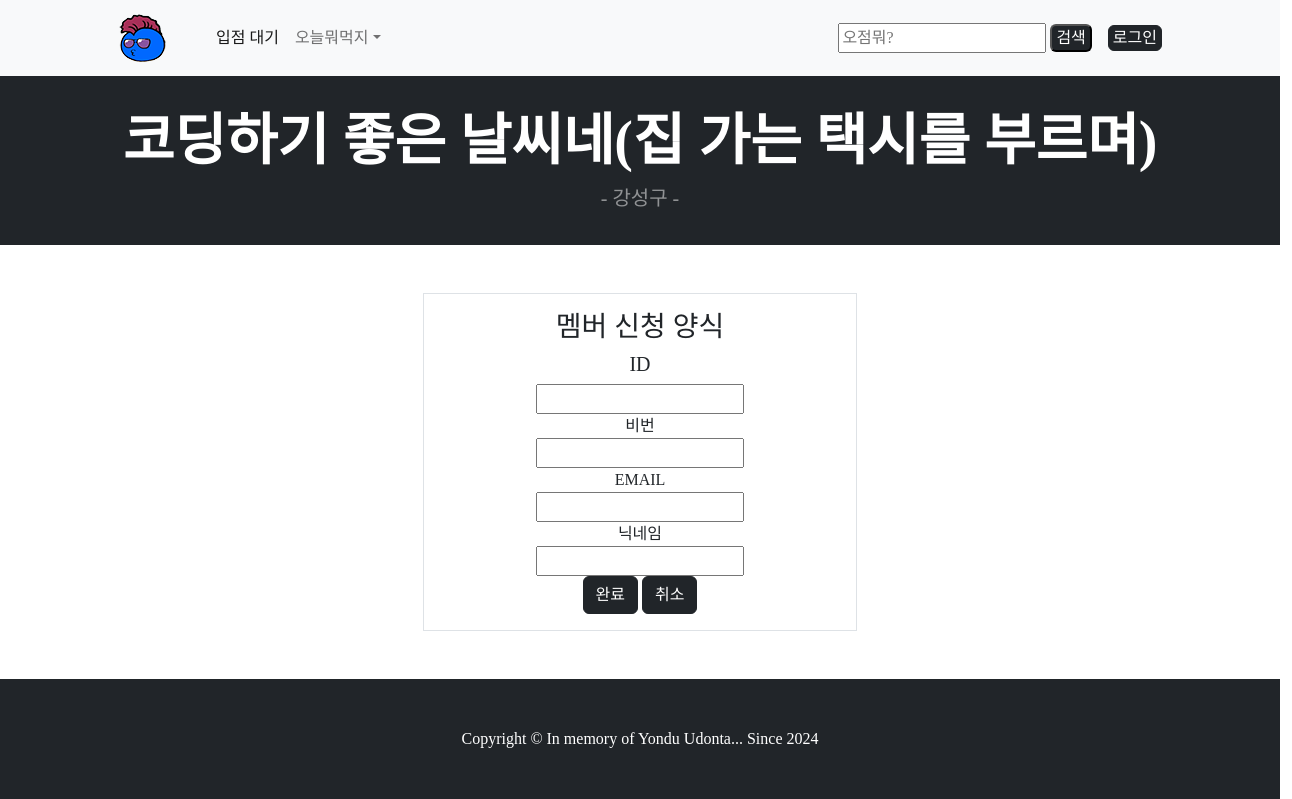
Repository: ashwan94/ydzone
Page: http://localhost/YonduZone/signUp
The author's editor kept a copy of each file at every save. The page is drawn from the files as they stood at one save, then again after the next save.
The browser window is 1280 px wide. The page is 1292 px wide, so the pictures cover 1292 px, including what lies to the right of the window. The pictures show the whole page.
Some web fonts or font styles are not loaded; a fallback is used. The page is served by Tomcat 9. Other server files are loaded and not shown.

Above is the page before, as saved 2024-05-01 11:42:42.

### YonduZone/src/main/webapp/WEB-INF/views/common/signUp.jsp
<%@ page language="java" contentType="text/html; charset=UTF-8"
	pageEncoding="UTF-8"%>
<jsp:include page="/WEB-INF/views/common/header.jsp">
	<jsp:param value="회원가입" name="title" />
	<jsp:param value="코딩하기 좋은 날씨네(집 가는 택시를 부르며)" name="center" />
	<jsp:param value="- 강성구 -" name="content" />
</jsp:include>

<div class="row my-5">
	<div class="col-4"></div>
	<div class="col-4 border py-3 text-center">
		<form action="/signUp" method="post" id="signUpForm">
		<h3>멤버 신청 양식</h3>
		<label>
			<h5>ID</h5>
			<input type="text" name="id">
		</label>
		<label>
			<div>비번</div>
			<input type="password" name="pw">
		</label>
		<label>
			<div>EMAIL</div>
			<input type="email" name="email">
		</label>
		<label>
			<div>닉네임</div>
			<input type="text" name="nickName">
		</label>
		<input type="hidden" value="${msg }" id="msg">
		<div class="text-center">
			<button type="submit" id="submitBtn" class="btn btn-dark">완료</button>
			<button type="button" id="backBtn" class="btn btn-dark">취소</button>
		</div>
		</form>
	</div>
	<div class="col-4"></div>
</div>

<script src="https://cdn.jsdelivr.net/npm/bootstrap@5.3.3/dist/js/bootstrap.bundle.min.js"></script>
<script src="/Bootstrap/js/scripts.js"></script>

<script>
	const msgEl = document.querySelector("#msg");
	if(msgEl.value != ""){
		alert(msgEl.value);
	}

	const submitBtn = document.querySelector("#submitBtn");
	const backBtn = document.querySelector("#backBtn");

	submitBtn.addEventListener("click", function(e) {
		e.preventDefault();

		const idEl = document.querySelector("[name='id']");
		const pwEl = document.querySelector("[name='pw']");
		const emailEl = document.querySelector("[name='email']");
		const nickNameEl = document.querySelector("[name='nickName']");

		if(idEl.value == "" || pwEl.value == "" || emailEl.value == "" || nickNameEl.value == "") {
			alert("누락된 정보가 있습니다.");
		}else{
			const form = document.querySelector("#signUpForm");
			form.submit();
		}
	})

	backBtn.addEventListener("click", function() {
		history.back();
	});
</script>
<jsp:include page="/WEB-INF/views/common/footer.jsp"/>

### YonduZone/src/main/webapp/WEB-INF/views/common/header.jsp
<%@ page language="java" contentType="text/html; charset=UTF-8"
	pageEncoding="UTF-8"%>
<%@ taglib prefix="c" uri="http://java.sun.com/jsp/jstl/core"%>
<!DOCTYPE html>
<html lang="en">
<head>
<meta charset="UTF-8">
<meta name="viewport"
	content="width=device-width, initial-scale=1, shrink-to-fit=no" />
<meta name="description" content="" />
<meta name="author" content="" />
<!-- Favicon-->
<link rel="icon" type="image/x-icon" href="assets/favicon.ico" />
<!-- Bootstrap icons-->
<link
	href="https://cdn.jsdelivr.net/npm/bootstrap-icons@1.5.0/font/bootstrap-icons.css"
	rel="stylesheet" />
<!-- Core theme CSS (includes Bootstrap)-->
<link href="/Bootstrap/css/styles.css" rel="stylesheet" />
<title>${param.title }</title>
<style>
	a{
		text-decoration:none;
		color:black;
	}
	a:hover{
		color:rgb(57, 151, 255);
	}

	@font-face {
    font-family: 'SUIT-Regular';
    src: url('https://cdn.jsdelivr.net/gh/projectnoonnu/noonfonts_suit@1.0/SUIT-Regular.woff2') format('woff2');
    font-weight: normal;
    font-style: normal;
	}

	* {
		font-family: 'SUIT-Regular';
	}
</style>

</head>
<body>
	<header>
		<nav class="navbar navbar-expand-lg navbar-light bg-light">
			<div class="container px-4 px-lg-5">
				<a class="navbar-brand" href="/main"><img src="${pageContext.request.contextPath }/Source/header/logo/main_logo.png" alt="Welcome to YouduZone!"></a>
				<button class="navbar-toggler" type="button" data-bs-toggle="collapse" data-bs-target="#navbarSupportedContent" aria-controls="navbarSupportedContent" aria-expanded="false" aria-label="Toggle navigation">
					<span class="navbar-toggler-icon"></span>
				</button>
				<div class="collapse navbar-collapse" id="navbarSupportedContent">
					<ul class="navbar-nav me-auto mb-2 mb-lg-0 ms-lg-4">
						<li class="nav-item">
							<a class="nav-link active" aria-current="page" href="/restaurant/stanby?userNo=${sessionScope.user.no }" data-value="${sessionScope.user.no }" id="stanbyRestaurant">입점 대기</a>
						</li>
						<li class="nav-item dropdown">
                            <a class="nav-link dropdown-toggle" id="navbarDropdown" href="#" role="button" data-bs-toggle="dropdown" aria-expanded="false">오늘뭐먹지</a>
                            <ul class="dropdown-menu text-center" aria-labelledby="navbarDropdown">
                                <li><a class="dropdown-item" href="/restaurant/category?category=밥">밥</a></li>
                                <li><a class="dropdown-item" href="/restaurant/category?category=국/찌개">국/찌개</a></li>
                                <li><a class="dropdown-item" href="/restaurant/category?category=면/분식">면/분식</a></li>
                                <li><a class="dropdown-item" href="/restaurant/category?category=야식">야식</a></li>
                            </ul>
                        </li>
					</ul>

					<form action="/restaurant/search" method="get" class="d-flex">
						<label>
							<input type="text" name="searchWord" placeholder="오점뭐?" id="searchBar">
							<button type="submit" class="badge bg-dark text-white fs-6 rounded-25 p-1 fw-normal me-3">검색</button>
						</label>
					</form>
					<c:choose>
						<c:when test="${not empty sessionScope.user }">
							<a href="/restaurant/add" class="badge d-flex bg-dark text-white mx-2 p-1 rounded-25 fs-6 fw-normal">밥집 추가</a>
							<a href="/user/view"><span class="badge bg-dark text-white p-1 rounded-25 fs-6 fw-normal me-2">${sessionScope.user.nickName } 님</span></a>
							<form action="/logout" method="get">
								<button type="submit" class="d-flex badge bg-dark text-white p-1 rounded-25 fs-6 fw-normal">로그아웃</button>
							</form>
						</c:when>
						<c:otherwise>
							<form action="/login" method="get" class="d-flex">
								<button type="submit" class="badge btn btn-outline-dark bg-dark text-white p-1 rounded-25 fs-6 fw-normal">로그인</button>
							</form>
							<input type="hidden" id="loginCheck" value="${empty sessionScope.user }">
						</c:otherwise>
					</c:choose>
				</div>
			</div>
		</nav>
		<div class="container-fluid bg-dark p-3">
			<div class="text-center text-white my-3">
				<h1 class="display-4 fw-bolder">${param.center }</h1>
				<p class="lead fw-normal text-white-50 mb-0">${param.content }</p>
			</div>
		</div>
	</header>

### YonduZone/src/main/webapp/WEB-INF/views/common/footer.jsp
<%@ page language="java" contentType="text/html; charset=UTF-8"
	pageEncoding="UTF-8"%>
<footer class="py-5 bg-dark">
<div class="container">
	<p class="m-0 text-center text-white">Copyright &copy; In memory of Yondu Udonta... Since 2024</p>
</div>
</footer>
<!-- Bootstrap core JS-->
<script src="https://cdn.jsdelivr.net/npm/bootstrap@5.3.3/dist/js/bootstrap.bundle.min.js"></script>
<!-- Core theme JS-->
<script src="/Bootstrap/js/scripts.js"></script>
<script>
	const priceEl = document.querySelectorAll(".price");

	priceEl.forEach(el => {
		if(el == null) {
			console.log("There are no any price elements");
		} else{
			el.innerText = parseInt(el.innerText).toLocaleString() + "원";
		}
	})

	/* const searchBar = document.querySelector("#searchBar");
	searchBar.select(); */

	const loginCheck = document.querySelector("#loginCheck");
	const stanbyRestaurant = document.querySelector("#stanbyRestaurant");

	stanbyRestaurant.addEventListener("click", function(e) {
		e.preventDefault();

		if(loginCheck) {
			alert("로그인 이후 이용 가능합니다.");
			location.href = "/login";
		}else{
			location.href = "/restaurant/stanby?userNo=" + stanbyRestaurant.getAttribute("data-value");
		}
	})
</script>
</body>
</html>

### YonduZone/src/main/java/common/SignUpServlet.java
package common;

import java.io.IOException;
import java.net.URLEncoder;

import javax.servlet.ServletContext;
import javax.servlet.ServletException;
import javax.servlet.annotation.WebServlet;
import javax.servlet.http.HttpServlet;
import javax.servlet.http.HttpServletRequest;
import javax.servlet.http.HttpServletResponse;

import org.apache.ibatis.session.SqlSession;

import user.UserService;
import user.UserVO;

/**
 * Servlet implementation class SignUpServlet
 */
@WebServlet("/signUp")
public class SignUpServlet extends HttpServlet {
	private UserService service;

	@Override
		public void init() throws ServletException {
			ServletContext servletContext = getServletContext();
			SqlSession session = (SqlSession) servletContext.getAttribute("sqlSession");
			this.service = new UserService(session);
		}

	protected void doGet(HttpServletRequest request, HttpServletResponse response) throws ServletException, IOException {
		request.getRequestDispatcher("/WEB-INF/views/common/signUp.jsp").forward(request, response);
	}

	protected void doPost(HttpServletRequest request, HttpServletResponse response) throws ServletException, IOException {
		String id = request.getParameter("id");
		String pw = request.getParameter("pw");
		String email = request.getParameter("email");
		String nickName = request.getParameter("nickName");

		UserVO checkUser = service.getUser(new UserVO(id, pw));

		if(checkUser == null) {
			int insertUser = service.insertUser(new UserVO(id, pw, email, nickName));

			if(insertUser > 0) {
				String msg = URLEncoder.encode("회원가입이 완료되었습니다!", "UTF-8");
				response.sendRedirect("/login?msg=" + msg);
			}

		}else {
			request.setAttribute("msg", "이미 존재하는 계정입니다.");
			request.getRequestDispatcher("/WEB-INF/views/common/signUp.jsp").forward(request, response);
		}


	}

}

Loaded but not shown: YonduZone/src/main/webapp/Bootstrap/css/styles.css (library); YonduZone/src/main/webapp/Bootstrap/js/scripts.js (common file)

After the next save:
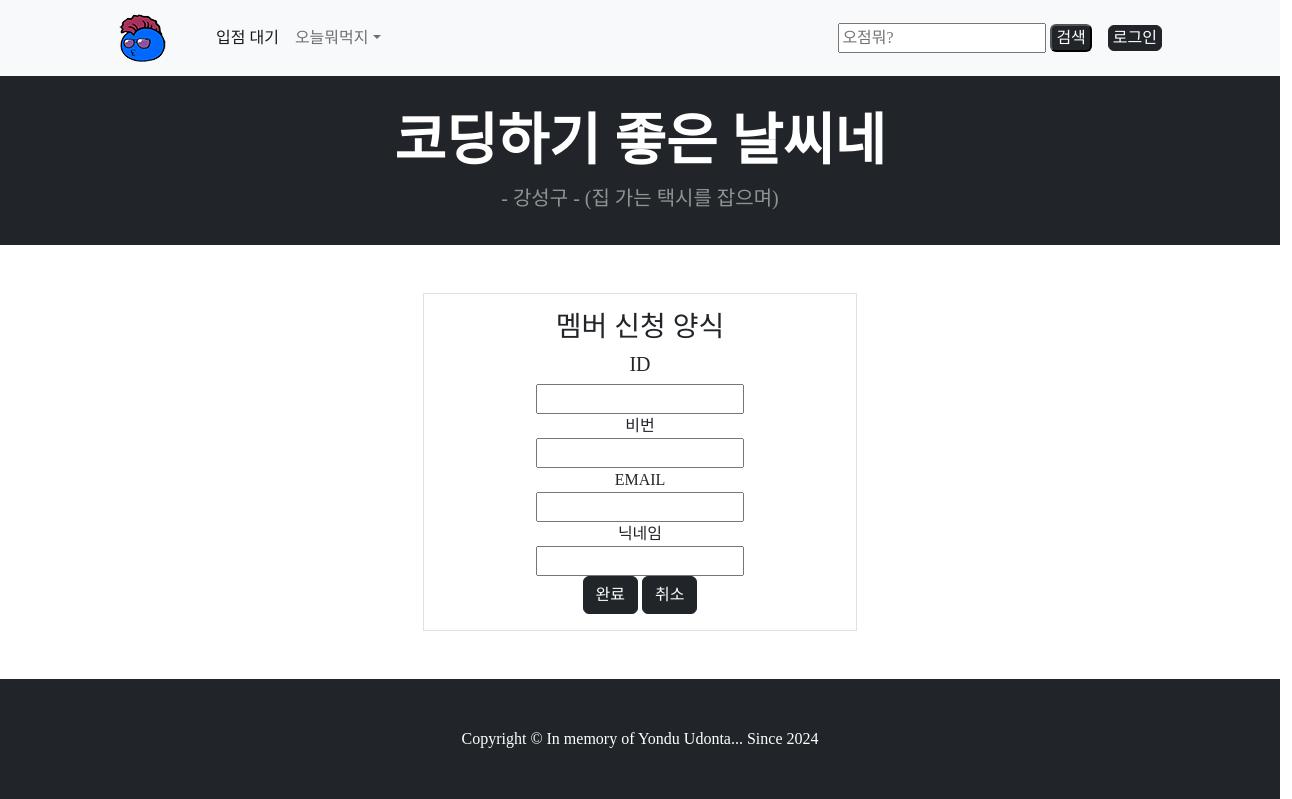
Saved 12 s later.
--- a/YonduZone/src/main/webapp/WEB-INF/views/common/signUp.jsp
+++ b/YonduZone/src/main/webapp/WEB-INF/views/common/signUp.jsp
@@ -2,8 +2,8 @@
 	pageEncoding="UTF-8"%>
 <jsp:include page="/WEB-INF/views/common/header.jsp">
 	<jsp:param value="회원가입" name="title" />
-	<jsp:param value="코딩하기 좋은 날씨네(집 가는 택시를 부르며)" name="center" />
-	<jsp:param value="- 강성구 -" name="content" />
+	<jsp:param value="코딩하기 좋은 날씨네" name="center" />
+	<jsp:param value="- 강성구 - (집 가는 택시를 잡으며)" name="content" />
 </jsp:include>
 
 <div class="row my-5">
